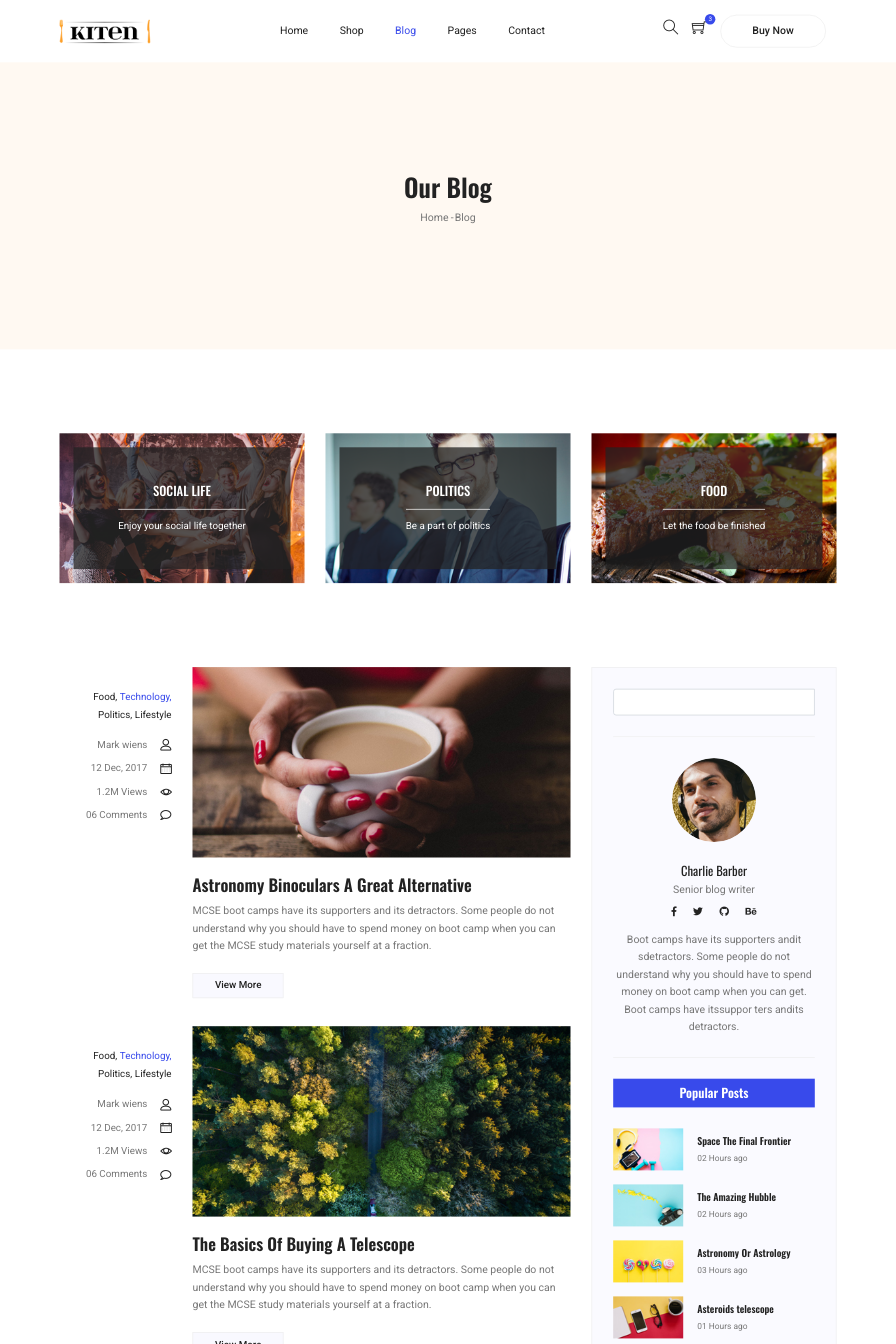
Repository: miniwon/semiProject_KITEN
Page: http://localhost/KITEN/WEB-INF/views/blog.jsp
These files come from the project's save history. The page is drawn as it stood at one moment and after the next save; the edit follows.
The browser window is 1280 px wide. The pictures show the part of the page from y = 0 to 1920 px (the page is 4484 px tall), at 70% of full size.
The page is served by Tomcat 9. Nobody is signed in. The template is opened directly, without the code that normally fills it, so the values that code supplies are empty.

Above is the page before, as saved 2022-11-16 08:20:29.

After the next save:
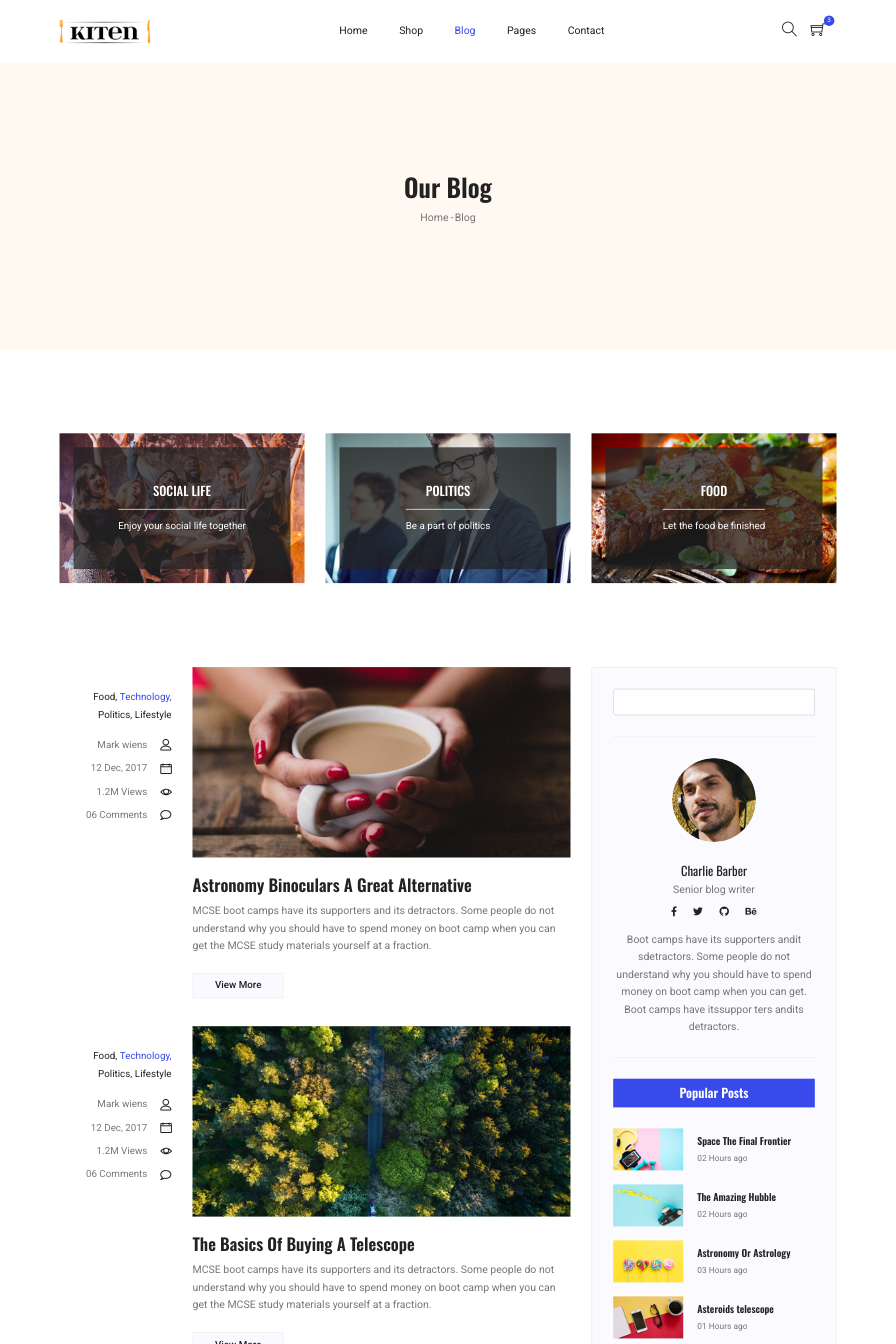
Saved 16 h 50 min later.
--- a/KITEN/src/main/webapp/WEB-INF/views/blog.jsp
+++ b/KITEN/src/main/webapp/WEB-INF/views/blog.jsp
@@ -63,7 +63,6 @@
 							<li class="nav-item"><button>
 									<i class="ti-shopping-cart"></i><span class="nav-shop__circle">3</span>
 								</button></li>
-							<li class="nav-item"><a class="button button-header" href="#">Buy Now</a></li>
 						</ul>
 					</div>
 				</div>
